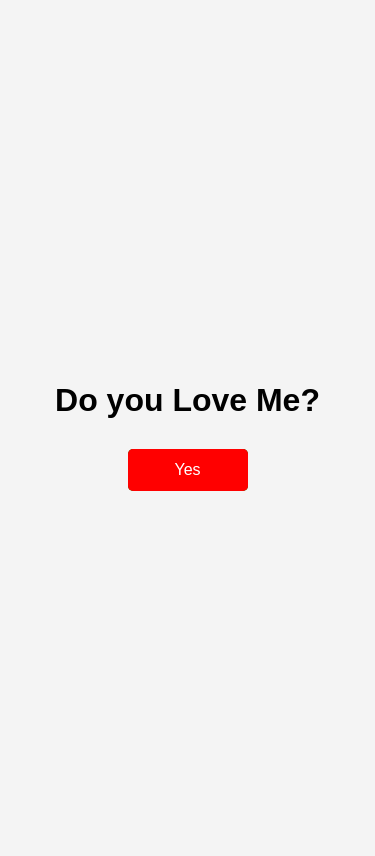
Repository: JishuChouhan/MyCode
Page: yes.html
These files come from the project's save history. The page is drawn as it stood at one moment and after the next save; the edit follows.
The browser window is 375 px wide. The pictures show the whole page.

Above is the page before, as saved 2025-02-17 18:01:12.

After the next save:
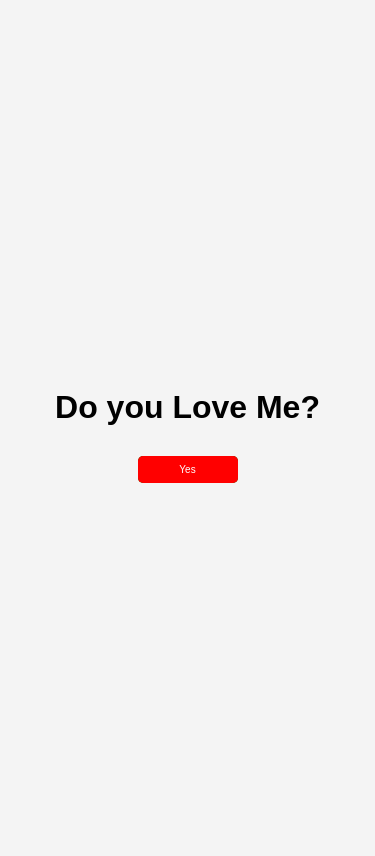
Saved 5 min 17 s later.
--- a/yes.html
+++ b/yes.html
@@ -55,9 +55,9 @@
 
         @media (max-width: 600px) {
             .btn {
-                width: 120px;
-                font-size: 16px;
-                padding: 12px;
+                width: 100px;
+                font-size: 10px;
+                padding: 8px;
             }
         }
     </style>
